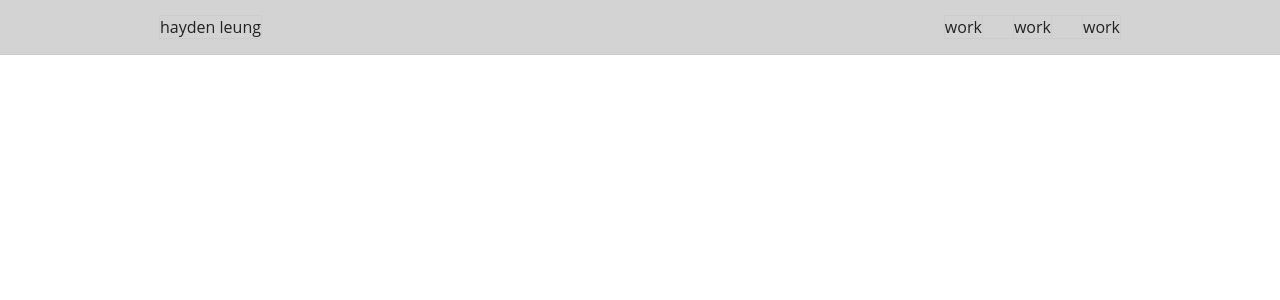
Repository: Haydenleung/Artifact
Page: /
The author's editor kept a copy of each file at every save. The page is drawn from the files as they stood at one save, then again after the next save.
The browser window is 1280 px wide. The pictures show the whole page.
The project was rebuilt for these pictures with package versions that can differ from the ones it lists, and the page was loaded fresh each time. The framework's server and built-in components were replaced by stand-ins that run in the browser. Also part of the build but not shown: next.config.mjs.

Above is the page before, as saved 2024-01-26 22:50:33.

### src/pages/index.tsx
import Image from "next/image";
import Navbar from "@/components/Navbar";

export default function Home() {
  return (
    <main className={"page"}>
      <Navbar />

    </main>
  )
}

### src/styles/globals.css
/* ==========================================================================
    [Table of contents]

    1. BASE
        1.1 Page Rendering Defaults
        1.2 Core Styling
        1.3 Typography
    2. LAYOUT
        2.1 Core Layout
        2.2 Small only
        2.3 medium and up
        2.4 Medium only
        2.5 large screens and up
    3. UTILITY classes
    4. PRINT

    ========================================================================== */

/* ==========================================================================
   BASE
   ========================================================================== */

/* 1.1 Page Rendering Defaults */

html {
  color: #222;
  font-size: 1em;
}

::-moz-selection {
  background: #b3d4fc;
  text-shadow: none;
}

::selection {
  background: #b3d4fc;
  text-shadow: none;
}

audio,
canvas,
iframe,
i,
img,
svg,
video {
  vertical-align: middle;
}

fieldset {
  border: 0;
  margin: 0;
  padding: 0;
}

textarea {
  resize: vertical;
}

/* 1.2 Core Styling */

/* refer to https://css-tricks.com/box-sizing/ */

*,
*:before,
*:after {
  box-sizing: border-box;
}

img {
  width: 100%;
}

/* 1.3 Typgraphy */

@import url('https://fonts.googleapis.com/css2?family=Open+Sans:ital,wght@0,300;0,400;0,500;0,600;0,700;0,800;1,300;1,400;1,500;1,600;1,700;1,800&display=swap');

h1,
h2,
h3,
h4,
h5,
h6 {
  font-weight: 400;
  text-align: center;
  margin: 0;
}

h1 {
  font-size: 24pt;
  font-weight: 200;
}

h2 {
  font-size: 16pt;
}

h4 {
  font-size: 9pt;
}

h5 {
  font-size: 8pt;
}

* {
  font-family: 'Open Sans', sans-serif;
}


/* ==========================================================================
 2. LAYOUT
 ========================================================================== */

/* Helper to display empty layout containers*/

div,
main,
section,
footer,
header {
  outline: 1px solid #ccc;
}

body {
  padding: 0;
  margin: 0;
}

/* 2.1 Core layout */

.row {
  display: grid;
  row-gap: 1rem;
}

.col {
  position: relative;
}

.page {
  display: flex;
  flex-direction: column;
  justify-content: center;
  align-items: center;
}


/* Navbar */

/* 2.2 Small only */

@media screen and (max-width: 39.9375em) {}

/* 2.3 medium and up */

@media screen and (min-width: 40em) {}

/* 2.4 Medium only */

@media screen and (min-width: 40em) and (max-width: 63.9375em) {}

/* 2.5 large screens and up 2.6 Large only */

/* @media screen and (min-width: 64em) {

} */

### src/components/Navbar/index.tsx
import styles from './navbar.module.css'
import Image from 'next/image'
import Link from 'next/link'
import { useState } from 'react'

export default function Navbar() {

    const [isPage, setIsPage] = useState();

    return (
        <div className={styles.container}>
            <div className={styles.logo}>hayden leung</div>
            <div className={styles.pages}>
                <div className={isPage === "Work" ? styles.bold : styles.bold}>work</div>
                <div className={isPage === "Resume" ? styles.bold : styles.bold}>work</div>
                <div className={isPage === "Contact" ? styles.bold : styles.bold}>work</div>
            </div>
        </div>
    )
}

### src/components/Navbar/navbar.module.css
.container {
    background-color: lightgrey;
    padding: 0.5rem;
    width: 100%;
    padding: 1rem 10rem;
    display: flex;
    flex-direction: row;
    justify-content: space-between;
    position: sticky;
}

.logo {}

.pages {
    display: flex;
    flex-direction: row;
    gap: 2rem;
}

Loaded but not shown: src/pages/_app.tsx (common file); src/pages/_document.tsx (common file); src/pages/api/hello.ts (common file)

After the next save:
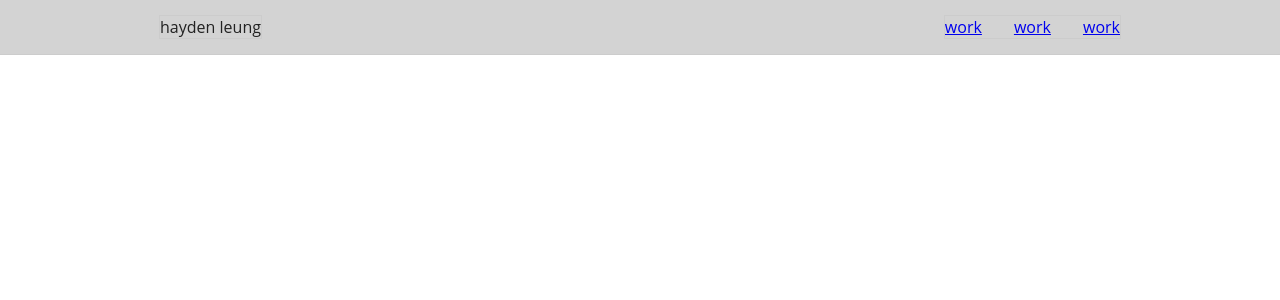
Saved 27 s later.
--- a/src/components/Navbar/index.tsx
+++ b/src/components/Navbar/index.tsx
@@ -11,9 +11,9 @@ export default function Navbar() {
         <div className={styles.container}>
             <div className={styles.logo}>hayden leung</div>
             <div className={styles.pages}>
-                <div className={isPage === "Work" ? styles.bold : styles.bold}>work</div>
-                <div className={isPage === "Resume" ? styles.bold : styles.bold}>work</div>
-                <div className={isPage === "Contact" ? styles.bold : styles.bold}>work</div>
+                <Link href="/" className={isPage === "Work" ? styles.bold : styles.bold}>work</Link>
+                <Link href="/" className={isPage === "Resume" ? styles.bold : styles.bold}>work</Link>
+                <Link href="/" className={isPage === "Contact" ? styles.bold : styles.bold}>work</Link>
             </div>
         </div>
     )
